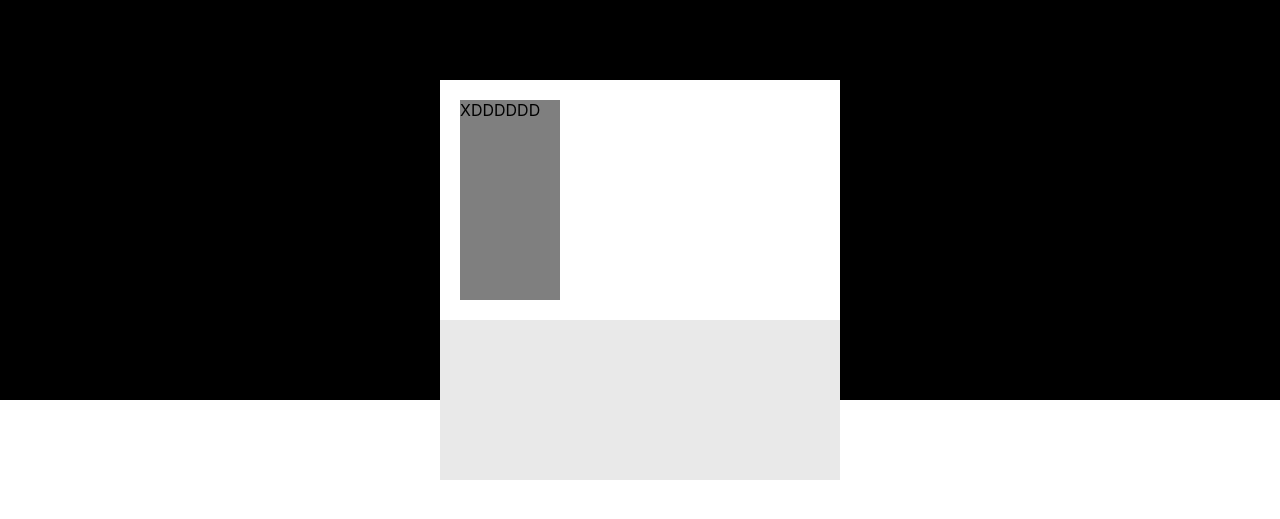
Repository: piookr-wsei/8086
Page: /
The author's editor kept a copy of each file at every save. The page is drawn from the files as they stood at one save, then again after the next save.
The browser window is 1280 px wide. The pictures show the whole page.
The project was rebuilt for these pictures with package versions that can differ from the ones it lists, and the page was loaded fresh each time.

Above is the page before, as saved 2022-06-16 23:56:23.

After the next save:
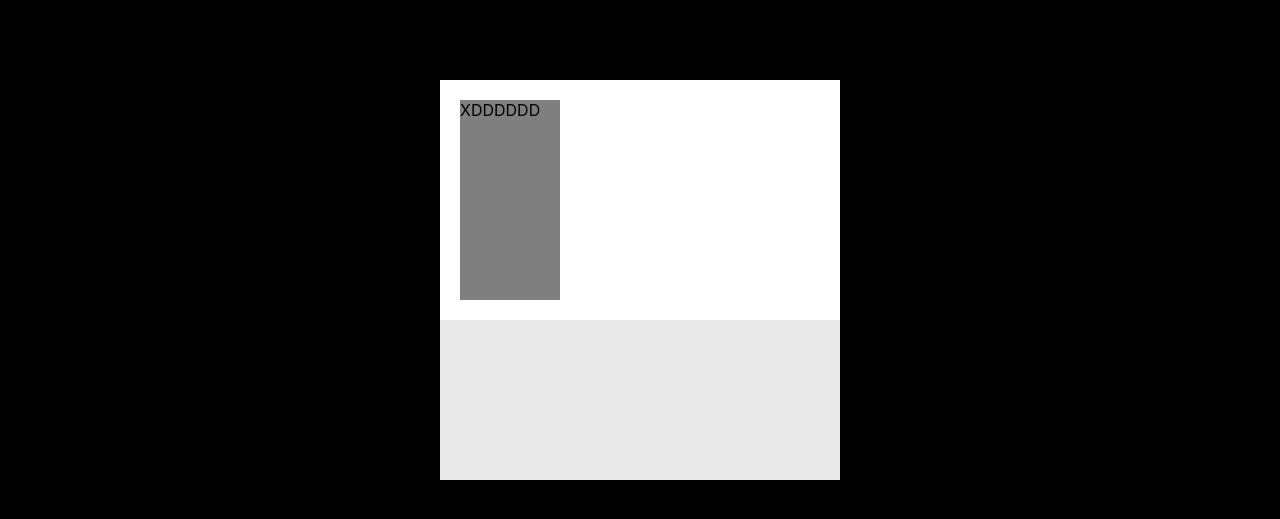
Saved 30 s later.
--- a/src/App.css
+++ b/src/App.css
@@ -1,3 +1,7 @@
+body{
+  height: 100%;
+  background: #000;
+}
 .App {
   background: #000;
 }
